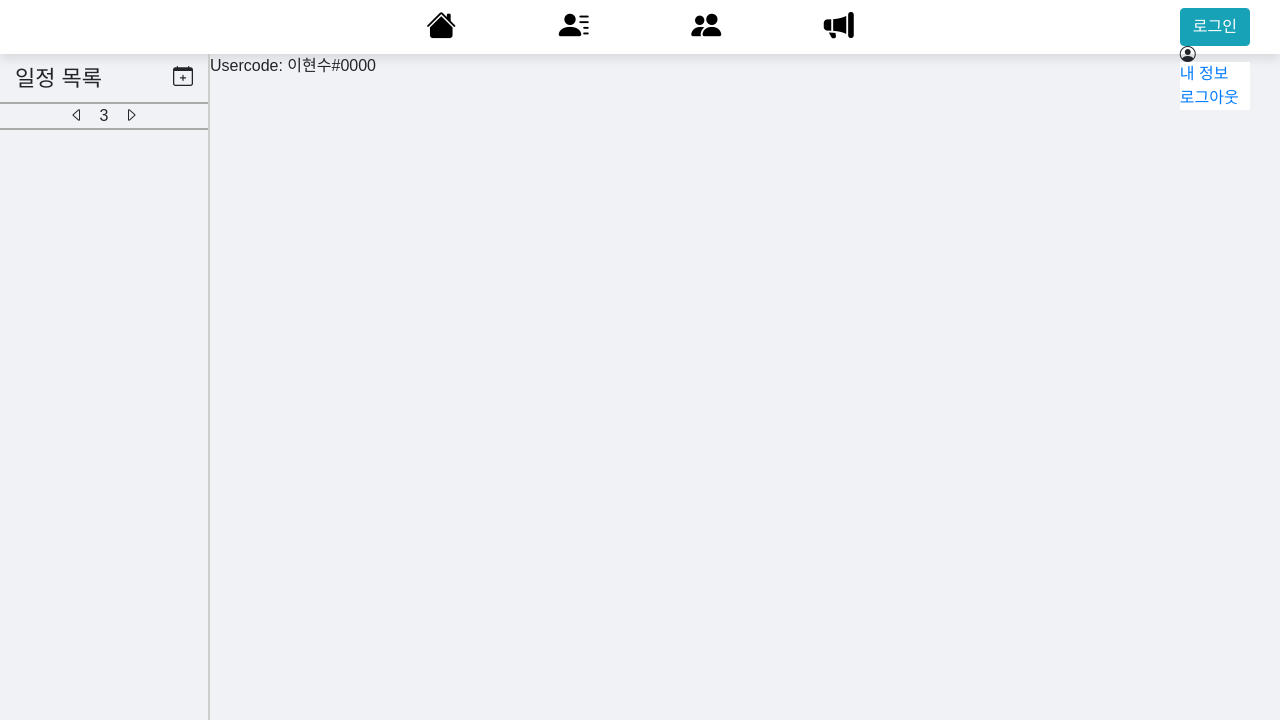
Repository: Hyeon330/Full_stack-code
Page: http://localhost/miniProject/
An editor plug-in stored every save of this project. The page is shown before and after the next save, followed by the edit.
The browser window is 1280 px wide. The pictures show the whole page.
Some web fonts or font styles are not loaded; a fallback is used. The page is served by Tomcat 9. Other server files are loaded and not shown.

Above is the page before, as saved 2022-03-20 12:50:13.

### 주요과제/Spring/miniProject/src/main/webapp/WEB-INF/views/home.jsp
<%@ page language="java" contentType="text/html; charset=utf-8" pageEncoding="utf-8"%>
<style>
#sidebar{
	height: 100%;
	width: 210px;
	border-right: 2px solid #ccc;
	overflow: hidden;
}
#sideTitle{
	padding: 0 15px;
	border-bottom: 2px solid #aaa;
	height: 50px;
	line-height: 50px;
}
#sideTitle > span:first-child {
	font-size: 22px;
}
#sideTitle > span:last-child {
	cursor: pointer;
	font-size: 20px;
	position: relative;
	float: right;
	top: 12px;
}
#sideMonth{
	border-bottom: 2px solid #aaa;
	text-align: center;
}
#sideMonth > i {
	margin: 0 10px;
	cursor: pointer;
}
#sideMain {
	width: 100%;
	overflow-x: hidden;
}
#sideMain::-webkit-scrollbar-thumb {
	background-color: #aaa;
	border-radius: 100px;
}
#sideMain::-webkit-scrollbar-track {
	background-color: rgba(0,0,0,0);
}
#listbox{
	width: 200px;
}
</style>
<script type="text/javascript">
const resizeMain = () => {
	let headerHeight = Number($('#header').css('height').substring(0, $('#header').css('height').length-2));
    let sideTitleHeight = Number($('#sideTitle').css('height').substring(0, $('#sideTitle').css('height').length-2));
    let sideMonthHeight = Number($('#sideMonth').css('height').substring(0, $('#sideMonth').css('height').length-2));
    $('#sidebar').css('height', window.innerHeight-Number($('#header').css('height').substring(0, $('#header').css('height').length-2)));
    $('#sideMain').css('height', window.innerHeight-headerHeight-sideTitleHeight-sideMonthHeight);
}
$(function(){

	resizeMain();
	$(window).resize(resizeMain);

	// 다이얼로그 오픈
    $('#dialogOpen').click(function() {
        $('#dialog').dialog('open');
    });

    // 다이얼로그값 전체 리셋 함수
    const dialogReset = () => {
        $("#event-title").val('');
        $("#start-date").val('');
        $("#end-date").val('');
        $('#repet').each(function() {
            $(this).find('option:first').attr('selected',true);
        });
        $('#public').prop('checked', false);
        $('#event-color').val('#3788D8');
        $("#place").val('');
        $("#memo").val('');
    };

    // 다이얼로그 세팅
    $('#dialog').dialog({
        autoOpen: false, // 실행시 자동열림
        modal: true,
        buttons: {
            등록: function(){
                // ajax 처리
                dialogReset();
                $("#dialog").dialog('close');
            },
            초기화: dialogReset,
            취소: function(){
                dialogReset();
                $("#dialog").dialog('close');
            }
        }
    });

    // DatePicker 세팅
    $('#start-date, #end-date').datepicker({
        dateFormat: 'yy-mm-dd',
        monthNames: ['1월', '2월', '3월', '4월', '5월', '6월', '7월', '8월', '9월', '10월', '11월', '12월'],
        monthNamesShort: ['1월', '2월', '3월', '4월', '5월', '6월', '7월', '8월', '9월', '10월', '11월', '12월'],
        dayNames: ['일', '월', '화', '수', '목', '금', '토'],
        dayNamesMin: ['일', '월', '화', '수', '목', '금', '토'],
        showMonthAfterYear: true,
        yearSuffix: '년'
    });
});
</script>
<div id="sidebar">
    <div id="sideTitle">
        <span>일정 목록</span>
        <span id="dialogOpen"><i class="bi bi-calendar-plus"></i></span>
    </div>
    <div id="sideMonth">
        <i class="bi bi-caret-left" onclick="prevMonth()"></i>
        <span>3</span>
        <i class="bi bi-caret-right" onclick="nextMonth()"></i>
    </div>
    <div id="sideMain">
        <div id="listbox">
        </div>
    </div>
</div>
<!-- 다이얼로그 창 -->
<div id="dialog" title="일정 등록">
    <ul>
        <li><input type="text" id="event-title" name="event-title"  placeholder="제목"></li>
        <li><input type="text" id="start-date" name="start-date" placeholder="시작날짜(년-월-일)"></li>
        <li><input type="text" id="end-date" name="end-date" placeholder="종료날짜(년-월-일)"></li>
        <li>
            <select name="repet" id="repet">
                <option value="N">반복안함</option>
                <option value="D">매일반복</option>
                <option value="W">매주반복</option>
                <option value="M">매달반복</option>
                <option value="Y">매년반복</option>
            </select>
        </li>
        <li><label for="public">Public</label><input type="checkbox" id="public" name="public"></li>
        <li><label for="event-color">이벤트 색상</label><input type="color" id="event-color" name="event-color" value="#3788D8"></li>
        <li><input type="text" id="place" name="place" placeholder="장소"></li>
        <li><input type="text" id="memo" name="memo" placeholder="메모"></li>
    </ul>
</div>

### 주요과제/Spring/miniProject/src/main/webapp/inc/top.jspf
<%@ page language="java" contentType="text/html; charset=utf-8" pageEncoding="utf-8"%>
<%@ taglib uri="http://java.sun.com/jsp/jstl/core" prefix="c" %>
<c:set var="url" value="<%=request.getContextPath() %>"/>
<html>
<head>
<meta charset="UTF-8">
<title>Insert title here</title>
	<!-- 부트스트랩4, 부트스트랩 icon CSS -->
	<link rel="stylesheet" href="https://cdn.jsdelivr.net/npm/bootstrap-icons@1.8.1/font/bootstrap-icons.css">
    <link rel="stylesheet" href="https://cdn.jsdelivr.net/npm/bootstrap@4.6.1/dist/css/bootstrap.min.css" integrity="sha384-zCbKRCUGaJDkqS1kPbPd7TveP5iyJE0EjAuZQTgFLD2ylzuqKfdKlfG/eSrtxUkn" crossorigin="anonymous">

    <!-- jquery, 플러그인 CDN -->
    <link rel="stylesheet" href="${url}/jquery-ui/jquery-ui.min.css">
    <script src="https://ajax.googleapis.com/ajax/libs/jquery/3.6.0/jquery.min.js"></script>
    <script src="${url}/jquery-ui/jquery-ui.min.js"></script>

    <!-- 부트스트랩4 JS -->
    <script src="https://cdn.jsdelivr.net/npm/bootstrap@4.6.1/dist/js/bootstrap.bundle.min.js" integrity="sha384-fQybjgWLrvvRgtW6bFlB7jaZrFsaBXjsOMm/tB9LTS58ONXgqbR9W8oWht/amnpF" crossorigin="anonymous"></script>

    <!-- 풀캘린더 API -->
	<link href='${url}/fullcalendar/main.css' rel='stylesheet' />
    <script src='${url}/fullcalendar/main.js'></script>

    <link rel="stylesheet" href="${url}/css/base.css" type="text/css">
    <link rel="stylesheet" href="${url}/css/header.css" type="text/css">

</head>
<body>
<div id="header">
	<div id="icons">
	    <a href="index.html" class="disableLink"><i class="bi bi-house-fill" title="Home"></i></a>
	    <a href="friends.html"><i class="bi bi-person-lines-fill" title="Friends"></i></a>
	    <a href="#"><i class="bi bi-people-fill" title="Group"></i></a>
	    <a href="#"><i class="bi bi-megaphone-fill" title="Announcement"></i></a>
	</div>
    <div id="info">
        <a id="login-btn" href="${url}/login" type="button" class="btn btn-info">로그인</a>
        <div>
            <div id="userinfo">
                <i class="bi bi-person-circle"></i>
            </div>
        </div>
        <div id="info_menu">
            <ul>
                <a href="#"><li>내 정보</li></a>
                <a href="#"><li>로그아웃</li></a>
            </ul>
        </div>
    </div>
</div>
<div id="main">

### 주요과제/Spring/miniProject/src/main/webapp/inc/main.jspf
<%@ page language="java" contentType="text/html; charset=utf-8" pageEncoding="utf-8"%>
<%@ taglib uri="http://java.sun.com/jsp/jstl/core" prefix="c" %>
<div id="contentsBack">
	<div id=contents>
		<div id='usercode'>Usercode: 이현수#0000</div>
		<div id='calendar'></div>
		<script src="${url}/js/myCalendar.js"></script>
	</div>
</div>
</div>
</body>
</html>

### 주요과제/Spring/miniProject/src/main/webapp/css/base.css
@charset "UTF-8";
@import url('https://fonts.googleapis.com/css2?family=Do+Hyeon&display=swap');
body, div, p, ul, li {
	margin: 0;
	padding: 0;
}
ul, li{
	list-style-type: none;
}
ul {
	background: #fff;
}
body {
	background-color: #f0f2f5;
	font-family: 'Do Hyeon', sans-serif;
}
#main > div{
	float: left;
}

### 주요과제/Spring/miniProject/src/main/webapp/css/header.css
@charset "UTF-8";
#header {
	background-color: #fff;
	height: 54px;
	box-shadow: 0px 5px 10px rgba(0,0,0,0.1);
}
#icons{
	display: flex;
	justify-content: space-around;
	width: 530px;
	height: 54px;
	margin: 0 auto;
}
#icons > *{
	font-size: 30px;
	margin-top: 10px;
}
#icons a, #icons a:link, #icons a:visited{
	color: black;
}
#icons a:hover{
	color: #888;
	text-decoration: none;
}
#info {
	position: absolute;
	top: 8px;
	right: 30px;
}

Loaded but not shown: 주요과제/Spring/miniProject/src/main/webapp/jquery-ui/jquery-ui.min.css (library); 주요과제/Spring/miniProject/src/main/webapp/jquery-ui/jquery-ui.min.js (library); 주요과제/Spring/miniProject/src/main/webapp/fullcalendar/main.js (library); 주요과제/Spring/miniProject/src/main/webapp/js/myCalendar.js (66 lines, source omitted); 주요과제/Spring/miniProject/src/main/webapp/fullcalendar/main.css (1494 lines, source omitted)

After the next save:
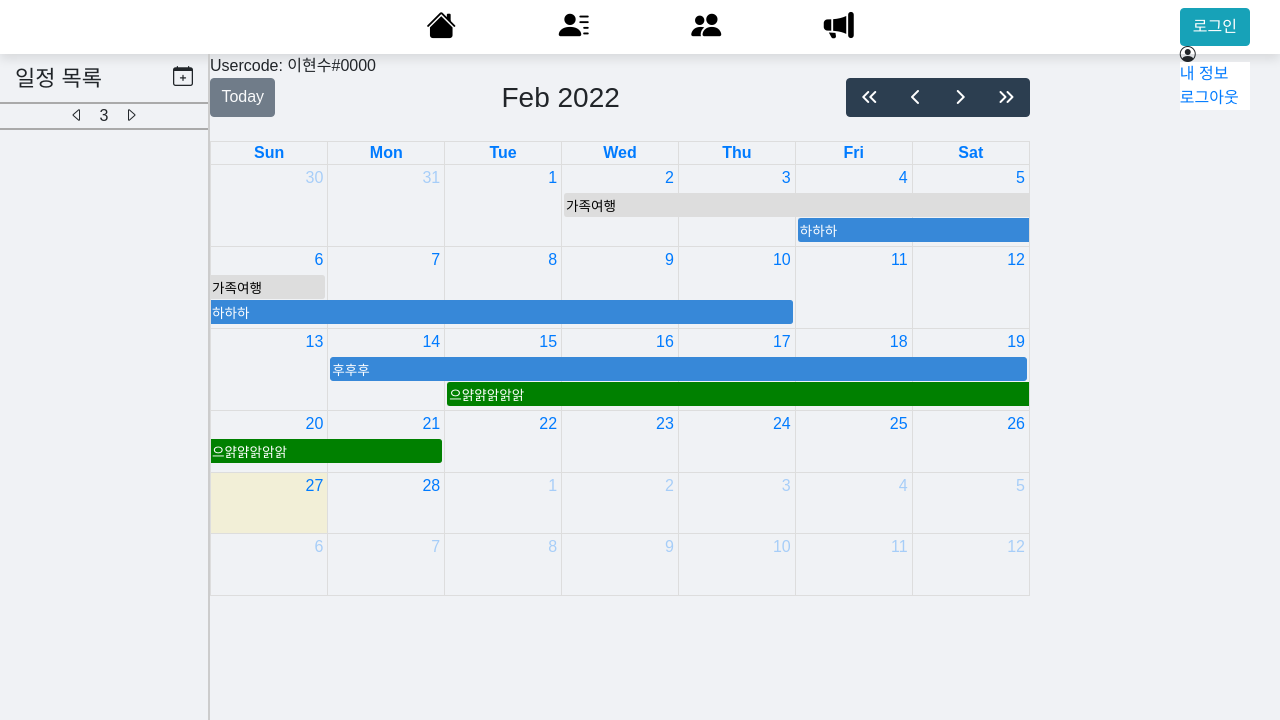
Saved 13 min 6 s later.
--- a/주요과제/Spring/miniProject/src/main/webapp/WEB-INF/views/home.jsp
+++ b/주요과제/Spring/miniProject/src/main/webapp/WEB-INF/views/home.jsp
@@ -52,6 +52,17 @@ const resizeMain = () => {
     let sideMonthHeight = Number($('#sideMonth').css('height').substring(0, $('#sideMonth').css('height').length-2));
     $('#sidebar').css('height', window.innerHeight-Number($('#header').css('height').substring(0, $('#header').css('height').length-2)));
     $('#sideMain').css('height', window.innerHeight-headerHeight-sideTitleHeight-sideMonthHeight);
+
+    let sidebarWidth = Number($('#sidebar').css('width').substring(0, $('#sidebar').css('width').length-2));
+    $('#contentsBack').css('height', window.innerHeight-headerHeight);
+    $('#contentsBack').css('width', window.innerWidth-sidebarWidth-17);
+
+    // let calwidth = screen.availWidth-sidebarWidth-380;
+    let calwidth = window.innerWidth-sidebarWidth-250;
+    $('#contents').css('height', window.innerHeight-headerHeight-60);
+    $('#contents').css('width', calwidth);
+
+    calendar.render();
 }
 $(function(){
 
